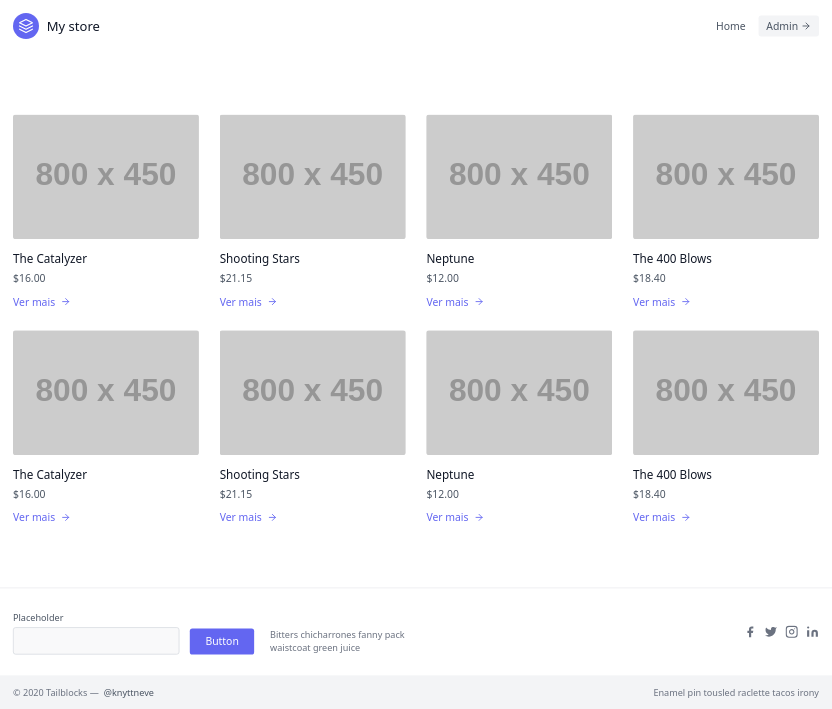
Repository: LuisSempre/Intro-Laravel
Page: resources/views/index.blade.php
These files come from the project's save history. The page is drawn as it stood at one moment and after the next save; the edit follows.
The browser window is 1280 px wide. The pictures show the whole page, at 65% of full size.
Some web libraries are served in a nearby version. The page is served by the project's Laravel application, run on PHP 8.4 with Laravel 9. The template is opened directly, without the code that normally fills it, so the values that code supplies are empty.

Above is the page before, as saved 2022-10-17 22:36:49.

After the next save:
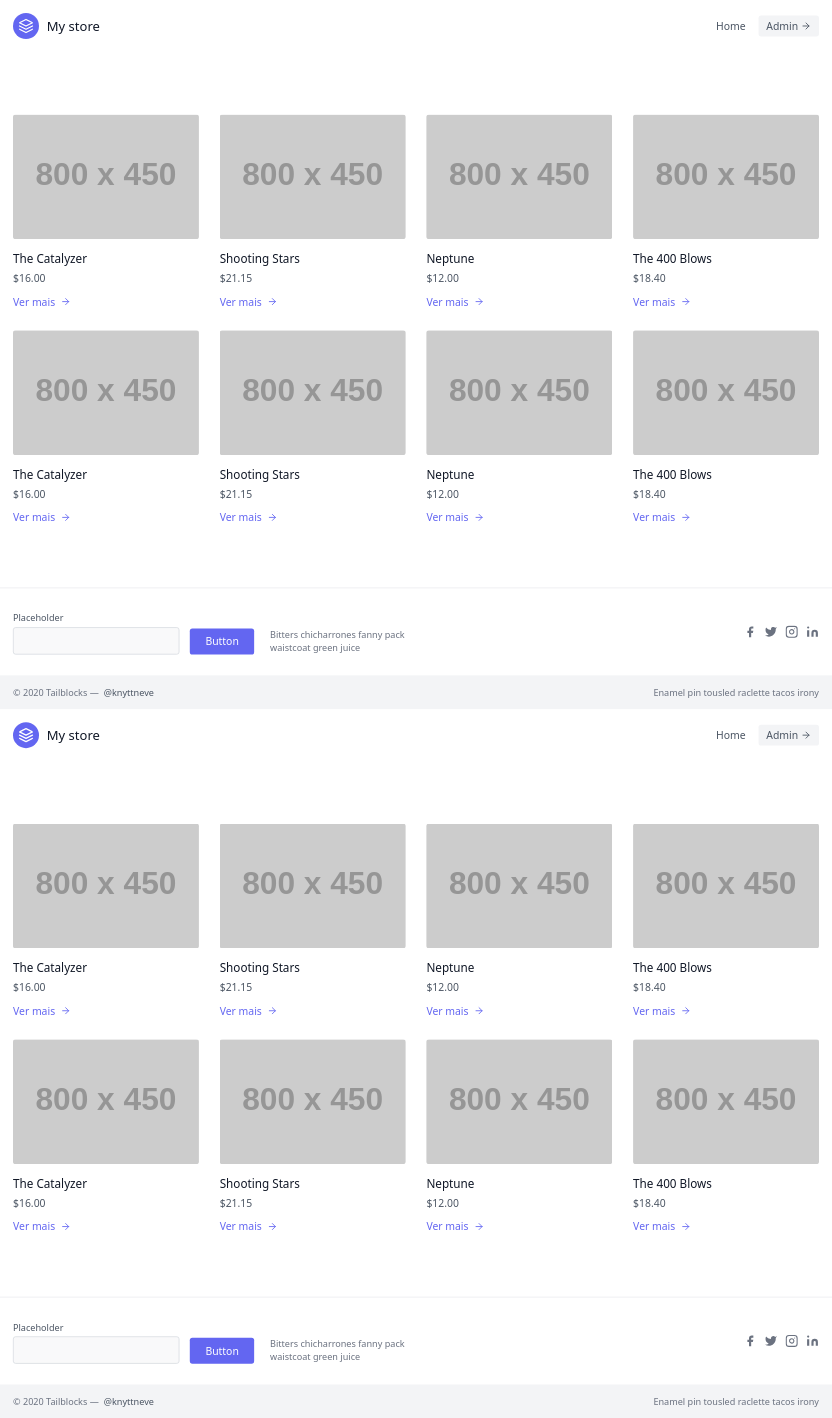
Saved 88 s later.
--- a/resources/views/index.blade.php
+++ b/resources/views/index.blade.php
@@ -1,5 +1,7 @@
 @extends('layouts.default')
 @section('content')
+
+@extends('layouts.default')
     <section class="text-gray-600">
         <div class="container px-5 py-24 mx-auto">
             <div class="flex flex-wrap -m-4">

After the save that followed:
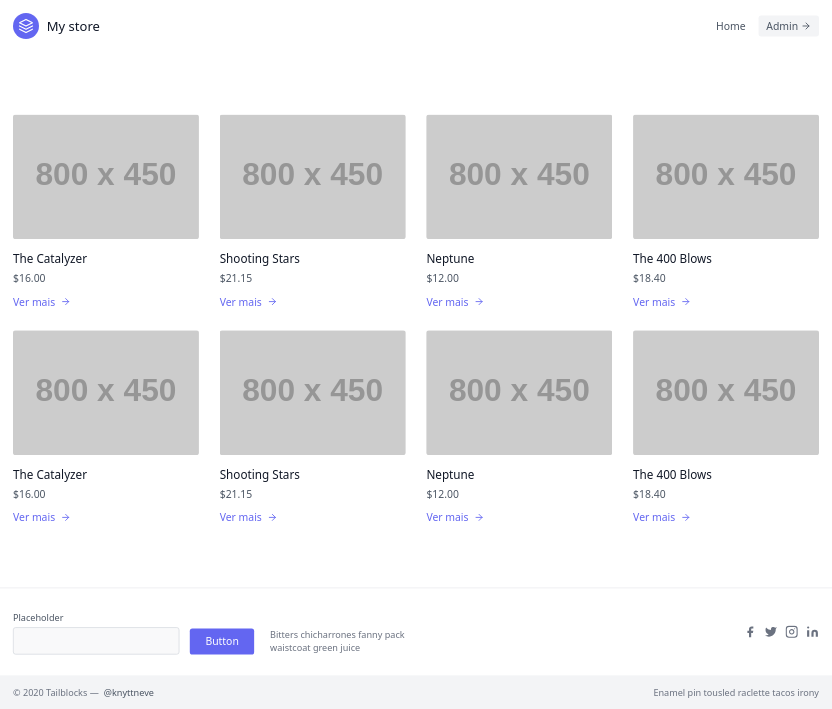
Saved 4 s later.
--- a/resources/views/index.blade.php
+++ b/resources/views/index.blade.php
@@ -1,7 +1,6 @@
 @extends('layouts.default')
 @section('content')
 
-@extends('layouts.default')
     <section class="text-gray-600">
         <div class="container px-5 py-24 mx-auto">
             <div class="flex flex-wrap -m-4">
